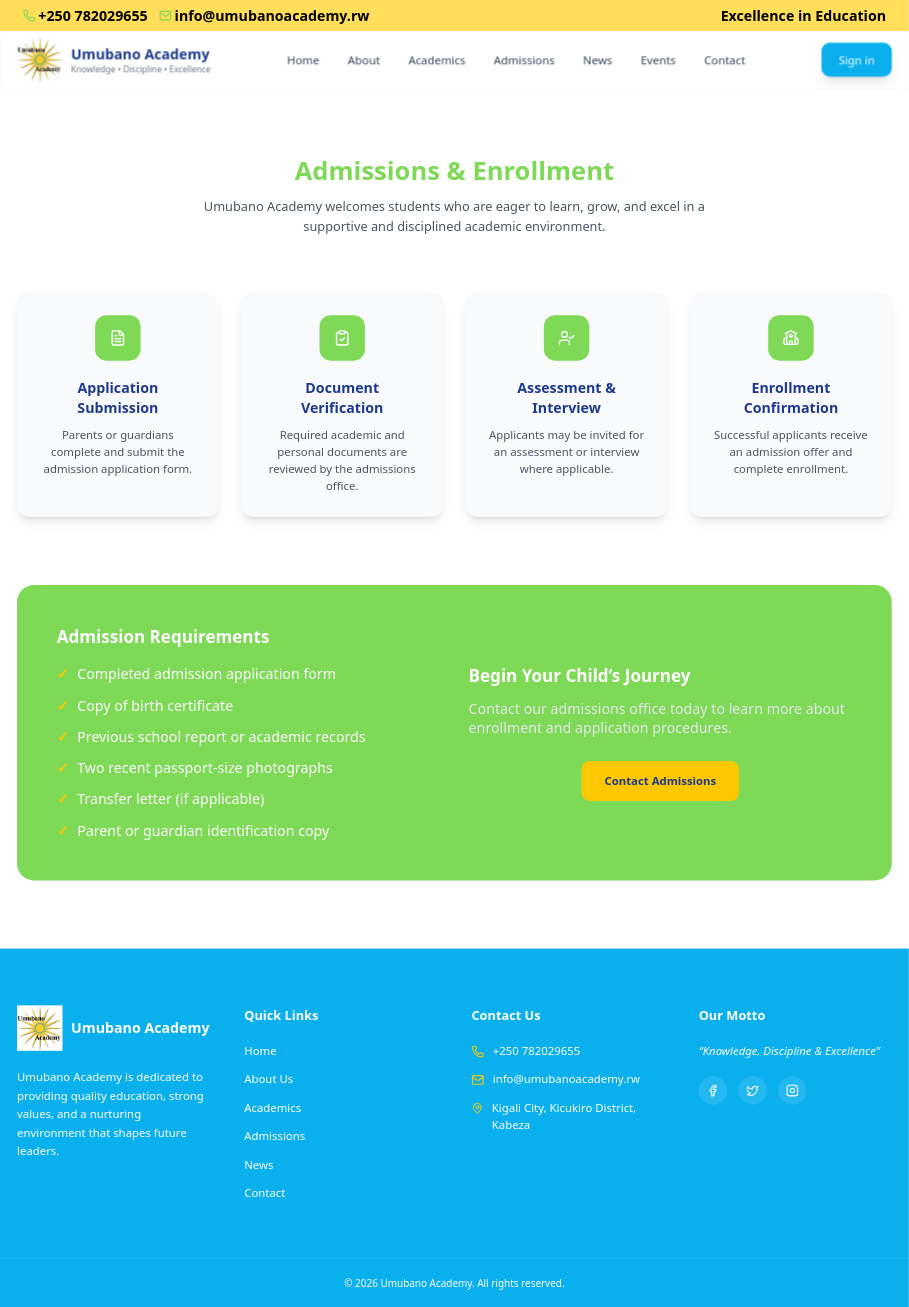
Repository: Umubano-Academy/umubano-academy-website
Page: /admissions
An editor plug-in stored every save of this project. The page is shown before and after the next save, followed by the edit.
The browser window is 1280 px wide. The pictures show the whole page, at 71% of full size.
The project was rebuilt for these pictures with package versions that can differ from the ones it lists, and the page was loaded fresh each time. Also part of the build but not shown: vite.config.js, src/components/guest/Hero.jsx, src/components/guest/Event.jsx, src/components/guest/News.jsx, src/components/guest/Contact.jsx, src/components/guest/Home.jsx, src/components/guest/Academic.jsx, src/components/guest/About.jsx and 7 more.

Above is the page before, as saved 2026-01-13 19:53:25.

### index.html
<!doctype html>
<html lang="en">
  <head>
    <meta charset="UTF-8" />
    <!-- <link rel="icon" type="image/svg+xml" href="/vite.svg" /> -->
    <meta name="viewport" content="width=device-width, initial-scale=1.0" />
    <title>umubano-academy</title>
  </head>
  <body>
    <div id="root"></div>
    <script type="module" src="/src/main.jsx"></script>
  </body>
</html>

### src/App.jsx
import React from 'react'
import { BrowserRouter, Route, Routes } from 'react-router-dom'
import NavBar from './components/guest/NavBar'
import Hero from './components/guest/Hero'
import Event from './components/guest/Event'
import News from './components/guest/News'
import Layout from './components/guest/Layout'
import Home from './components/guest/Home'
import Admission from './components/guest/Admission'
import Academic from './components/guest/Academic'
import About from './components/guest/About'
import LayOut from './components/admin/LayOut'
import Dashboard from './components/admin/pages/Dashboard'
import Login from './components/guest/forms/Login'
import ResetPassword from './components/guest/forms/ResetPassword'


function App() {
  return (
    <BrowserRouter>

    <Routes>
      <Route path='/' element={<Layout />}>
      <Route index element={<Home />} />
      <Route path='/admissions' element={<Admission />} />
      <Route path='/academic' element={<Academic />} />
      <Route path='/aboutus' element={<About />} />
      <Route path='/login' element={<Login />} />
      <Route path="/password-reset" element={<ResetPassword />} />
      </Route>

      <Route path='/admin' element={<LayOut />}>
      <Route index element={<Dashboard />} />
      </Route>
    </Routes>
    </BrowserRouter>

  )
}

export default App

### src/components/guest/NavBar.jsx
import React, { useState } from "react";
import { Menu, X, Phone, Mail, GraduationCap } from "lucide-react";
import { motion, AnimatePresence } from "framer-motion";
import logo from "../../assets/UALOGO.png";
import { Link } from "react-router-dom";

function NavBar() {
  const [open, setOpen] = useState(false);

  const navLinks = [
    { name: "Home", type: "route", path: "/" },
    { name: "About", type: "route", path: "/aboutus" },
    { name: "Academics", type: "route", path: "/academic" },
    { name: "Admissions", type: "route", path: "/admissions" },
    { name: "News", type: "id", path: "news" },
    { name: "Events", type: "id", path: "events" },
    { name: "Contact", type: "id", path: "contact" },
  ];

  return (
    <>
      {/* Top Info Bar */}
      <div className="hidden md:flex justify-between items-center px-8 py-2 bg-[#FFDE59]  text-sm">
        <div className="flex items-center gap-4">
          <span className="flex items-center gap-1 text-xl text-black font-bold">
            <Phone size={18} className="text-[#7ED956] text-2xl" /> +250
            782029655
          </span>
          <span className="flex text-xl items-center gap-1  text-black font-bold">
            <Mail size={18} className="text-[#7ED956] text-2xl" />{" "}
            info@umubanoacademy.rw
          </span>
        </div>
        <span className=" text-xl  text-black font-bold">
          Excellence in Education
        </span>
      </div>

      {/* Main Navbar */}
      <header className="sticky top-0 z-50 bg-white/80 backdrop-blur-xl shadow-sm">
        <div className="max-w-7xl mx-auto px-6">
          <div className="flex items-center justify-between h-20">
            {/* Logo */}
            <Link to="/" className="flex items-center gap-3">
              <img
                src={logo}
                alt="Umubano Academy Logo"
                className="w-16 h-16 object-contain"
              />
              {/* <div className="w-12 h-12 bg-blue-900 text-white flex items-center justify-center rounded-xl">
                <GraduationCap size={28} />
              </div> */}
              <div>
                <h1 className="text-xl font-bold text-blue-900">
                  Umubano Academy
                </h1>
                <p className="text-xs text-gray-500">
                  Knowledge • Discipline • Excellence
                </p>
              </div>
            </Link>

            {/* Desktop Menu */}
            <nav className="hidden lg:flex items-center gap-10">
              {navLinks.map((link) =>
                link.type === "route" ? (
                  <Link
                    key={link.name}
                    to={link.path}
                    className="relative text-gray-700 font-medium hover:text-blue-900 transition group"
                  >
                    {link.name}
                    <span className="absolute left-0 -bottom-1 w-0 h-0.5 bg-blue-900 transition-all group-hover:w-full"></span>
                  </Link>
                ) : (
                  <a
                    key={link.name}
                    href={`#${link.path}`}
                    className="relative text-gray-700 font-medium hover:text-blue-900 transition group"
                  >
                    {link.name}
                    <span className="absolute left-0 -bottom-1 w-0 h-0.5 bg-blue-900 transition-all group-hover:w-full"></span>
                  </a>
                )
              )}
            </nav>

            {/* CTA */}
            <div className="hidden lg:flex">
              <a
                href="/login"
                className="bg-[#0AB0EE] text-white px-6 py-3 rounded-xl font-medium shadow-lg hover:shadow-xl transition"
              >
                Sign in
              </a>
            </div>

            {/* Mobile Menu Button */}
            <button
              onClick={() => setOpen(!open)}
              className="lg:hidden text-blue-900"
            >
              {open ? <X size={30} /> : <Menu size={30} />}
            </button>
          </div>
        </div>

        {/* Mobile Menu */}
        <AnimatePresence>
          {open && (
            <motion.div
              initial={{ opacity: 0, y: -20 }}
              animate={{ opacity: 1, y: 0 }}
              exit={{ opacity: 0, y: -20 }}
              transition={{ duration: 0.3 }}
              className="lg:hidden bg-white shadow-xl"
            >
              <div className="flex flex-col px-6 py-6 gap-6">
                {navLinks.map((link) =>
                  link.type === "route" ? (
                    <Link
                      key={link.name}
                      to={link.path}
                      className="text-lg font-medium text-gray-700 hover:text-blue-900"
                      onClick={() => setOpen(false)}
                    >
                      {link.name}
                    </Link>
                  ) : (
                    <a
                      key={link.name}
                      href={`#${link.path}`}
                      className="text-lg font-medium text-gray-700 hover:text-blue-900"
                      onClick={() => setOpen(false)}
                    >
                      {link.name}
                    </a>
                  )
                )}

                <Link
                  to="login"
                  className="mt-4 text-center bg-blue-900 text-white py-3 rounded-xl font-medium"
                >
                  Login
                </Link>
              </div>
            </motion.div>
          )}
        </AnimatePresence>
      </header>
    </>
  );
}

export default NavBar;

### src/components/guest/Layout.jsx
import React from 'react'
import NavBar from './NavBar'
import { Outlet } from 'react-router-dom'
import Footer from './Footer'


function Layout() {
  return (
    <div>
      <NavBar />

      <div>
        <Outlet />
      </div>
      <div>
        <Footer />
      </div>
    </div>
  )
}

export default Layout

### src/components/guest/Admission.jsx
import React from "react"
import { motion } from "framer-motion"
import {
  FileText,
  ClipboardCheck,
  UserCheck,
  School,
} from "lucide-react"
import { Link } from "react-router-dom"

function Admission() {
  const steps = [
    {
      title: "Application Submission",
      description:
        "Parents or guardians complete and submit the admission application form.",
      icon: <FileText />,
    },
    {
      title: "Document Verification",
      description:
        "Required academic and personal documents are reviewed by the admissions office.",
      icon: <ClipboardCheck />,
    },
    {
      title: "Assessment & Interview",
      description:
        "Applicants may be invited for an assessment or interview where applicable.",
      icon: <UserCheck />,
    },
    {
      title: "Enrollment Confirmation",
      description:
        "Successful applicants receive an admission offer and complete enrollment.",
      icon: <School />,
    },
  ]

  const requirements = [
    "Completed admission application form",
    "Copy of birth certificate",
    "Previous school report or academic records",
    "Two recent passport-size photographs",
    "Transfer letter (if applicable)",
    "Parent or guardian identification copy",
  ]

  return (
    <section className="py-24 bg-white">
      <div className="max-w-7xl mx-auto px-6">

        {/* Header */}
        <motion.div
          initial={{ opacity: 0, y: 30 }}
          whileInView={{ opacity: 1, y: 0 }}
          viewport={{ once: true }}
          transition={{ duration: 0.6 }}
          className="text-center max-w-3xl mx-auto mb-20"
        >
          <h2 className="text-3xl md:text-4xl font-bold text-[#7ED956] mb-4">
            Admissions & Enrollment
          </h2>
          <p className="text-gray-600 text-lg">
            Umubano Academy welcomes students who are eager to learn, grow,
            and excel in a supportive and disciplined academic environment.
          </p>
        </motion.div>

        {/* Admission Process */}
        <motion.div
          initial="hidden"
          whileInView="visible"
          viewport={{ once: true }}
          variants={{
            visible: { transition: { staggerChildren: 0.15 } },
          }}
          className="grid grid-cols-1 md:grid-cols-2 lg:grid-cols-4 gap-8 mb-24"
        >
          {steps.map((step, index) => (
            <motion.div
              key={index}
              variants={{
                hidden: { opacity: 0, y: 40 },
                visible: { opacity: 1, y: 0 },
              }}
              transition={{ duration: 0.6 }}
              className="bg-gray-50 rounded-2xl shadow-lg p-8 text-center hover:-translate-y-2 transition"
            >
              <div className="w-16 h-16 mx-auto mb-6 bg-[#7ED956] text-white flex items-center justify-center rounded-2xl">
                {step.icon}
              </div>
              <h4 className="text-xl font-semibold text-blue-900 mb-3">
                {step.title}
              </h4>
              <p className="text-gray-600">
                {step.description}
              </p>
            </motion.div>
          ))}
        </motion.div>

        {/* Requirements */}
        <motion.div
          initial={{ opacity: 0, y: 30 }}
          whileInView={{ opacity: 1, y: 0 }}
          viewport={{ once: true }}
          transition={{ duration: 0.6 }}
          className="bg-[#7ED956] rounded-3xl p-10 md:p-14 text-white grid grid-cols-1 md:grid-cols-2 gap-10"
        >
          <div>
            <h3 className="text-2xl font-bold mb-6">
              Admission Requirements
            </h3>
            <ul className="space-y-4">
              {requirements.map((req, index) => (
                <li key={index} className="flex items-start gap-3">
                  <span className="text-yellow-400 text-xl font-bold">✓</span>
                  <span className=" text-xl ">{req}</span>
                </li>
              ))}
            </ul>
          </div>

          {/* CTA */}
          <div className="flex flex-col justify-center">
            <h4 className="text-2xl font-bold mb-4">
              Begin Your Child’s Journey
            </h4>
            <p className="text-gray-200 text-xl mb-8">
              Contact our admissions office today to learn more about
              enrollment and application procedures.
            </p>
            <div className="flex flex-col sm:flex-row gap-4 justify-center">
              <Link
                to="#contact"
                className="bg-yellow-400 text-blue-900 px-8 py-4 rounded-xl font-semibold hover:bg-yellow-300 transition text-center"
              >
                Contact Admissions
              </Link>

            </div>
          </div>
        </motion.div>

      </div>
    </section>
  )
}

export default Admission

### src/components/guest/Footer.jsx
import React from "react"
import {
  Phone,
  Mail,
  MapPin,
  Facebook,
  Twitter,
  Instagram,
  GraduationCap,
} from "lucide-react"
import logo from "../../assets/UALOGO.png"

function Footer() {
  return (
    <footer className="bg-[#0AB0EE] text-white">
      <div className="max-w-7xl mx-auto px-6 py-20">

        {/* Top Section */}
        <div className="grid grid-cols-1 md:grid-cols-2 lg:grid-cols-4 gap-12">

          {/* School Info */}
          <div>
            <div className="flex items-center gap-3 mb-6">
              <img src={logo} alt="Umubano Academy Logo" className="w-16 h-16 object-contain" />
              <h3 className="text-xl font-bold text-white">
                Umubano Academy
              </h3>
            </div>
            <p className="text-white leading-relaxed">
              Umubano Academy is dedicated to providing quality education,
              strong values, and a nurturing environment that shapes future
              leaders.
            </p>
          </div>

          {/* Quick Links */}
          <div>
            <h4 className="text-lg font-semibold text-white mb-6">
              Quick Links
            </h4>
            <ul className="space-y-4">
              {[
                "Home",
                "About Us",
                "Academics",
                "Admissions",
                "News",
                "Contact",
              ].map((link) => (
                <li key={link}>
                  <a
                    href={`/${link.toLowerCase().replace(" ", "")}`}
                    className="hover:text-yellow-400 transition"
                  >
                    {link}
                  </a>
                </li>
              ))}
            </ul>
          </div>

          {/* Contact Info */}
          <div>
            <h4 className="text-lg font-semibold text-white mb-6">
              Contact Us
            </h4>
            <ul className="space-y-4">
              <li className="flex items-start gap-3">
                <Phone size={18} className="text-yellow-400 mt-1" />
                <span>+250 782029655</span>
              </li>
              <li className="flex items-start gap-3">
                <Mail size={18} className="text-yellow-400 mt-1" />
                <span>info@umubanoacademy.rw</span>
              </li>
              <li className="flex items-start gap-3">
                <MapPin size={18} className="text-yellow-400 mt-1" />
                <span>
                  Kigali City, Kicukiro District, Kabeza
                </span>
              </li>
            </ul>
          </div>

          {/* Motto & Social */}
          <div>
            <h4 className="text-lg font-semibold text-white mb-6">
              Our Motto
            </h4>
            <p className="italic mb-6">
              “Knowledge, Discipline & Excellence”
            </p>

            <div className="flex gap-4">
              <a
                href="#"
                className="w-10 h-10 bg-white/10 flex items-center justify-center rounded-full hover:bg-yellow-400 hover:text-blue-900 transition"
              >
                <Facebook size={18} />
              </a>
              <a
                href="#"
                className="w-10 h-10 bg-white/10 flex items-center justify-center rounded-full hover:bg-yellow-400 hover:text-blue-900 transition"
              >
                <Twitter size={18} />
              </a>
              <a
                href="#"
                className="w-10 h-10 bg-white/10 flex items-center justify-center rounded-full hover:bg-yellow-400 hover:text-blue-900 transition"
              >
                <Instagram size={18} />
              </a>
            </div>
          </div>

        </div>
      </div>

      {/* Bottom Bar */}
      <div className="border-t border-white/10 py-6 text-center text-sm text-white">
        © {new Date().getFullYear()} Umubano Academy. All rights reserved.
      </div>
    </footer>
  )
}

export default Footer

Loaded but not shown: src/main.jsx (common file); src/index.css (common file)

After the next save:
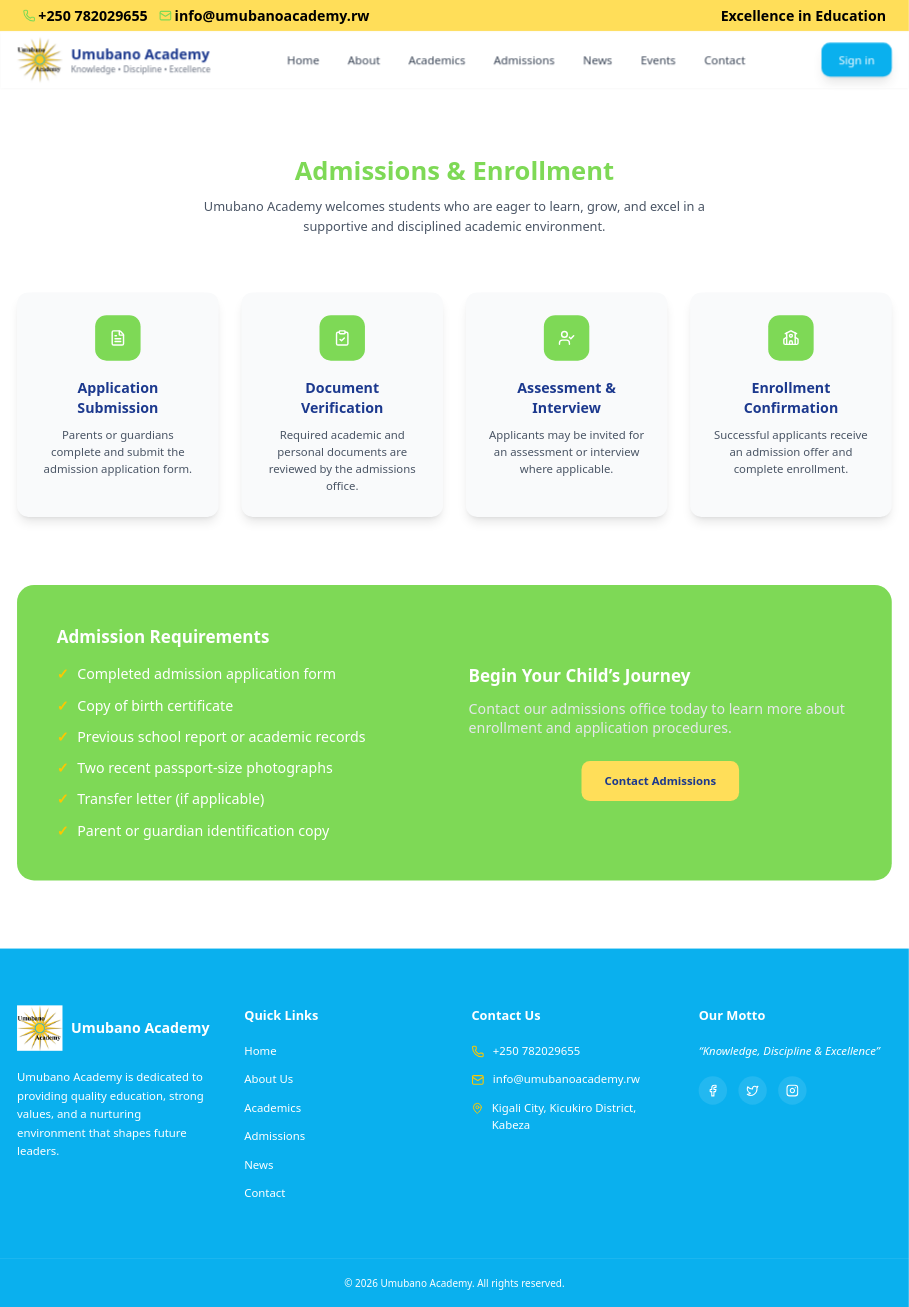
Saved 27 s later.
--- a/src/components/guest/Admission.jsx
+++ b/src/components/guest/Admission.jsx
@@ -133,7 +133,7 @@ function Admission() {
             <div className="flex flex-col sm:flex-row gap-4 justify-center">
               <Link
                 to="#contact"
-                className="bg-yellow-400 text-blue-900 px-8 py-4 rounded-xl font-semibold hover:bg-yellow-300 transition text-center"
+                className="bg-[#FFDE59] text-blue-900 px-8 py-4 rounded-xl font-semibold hover:bg-yellow-300 transition text-center"
               >
                 Contact Admissions
               </Link>
